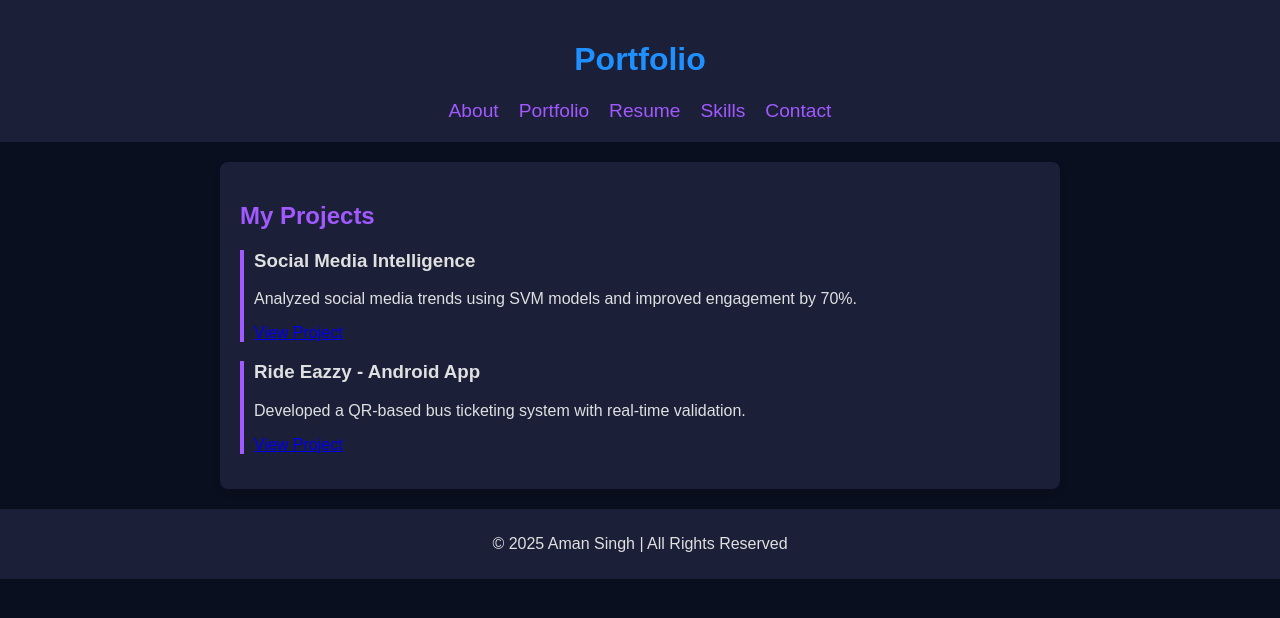
Repository: aman3singh/portfolio
Page: portfolio.html
An editor plug-in stored every save of this project. The page is shown before and after the next save, followed by the edit.
The browser window is 1280 px wide. The pictures show the whole page.

Above is the page before, as saved 2025-02-11 18:31:17.

### portfolio.html
<!DOCTYPE html>
<html lang="en">
<head>
    <meta charset="UTF-8">
    <meta name="viewport" content="width=device-width, initial-scale=1.0">
    <title>Aman Singh | Portfolio</title>
    <link rel="stylesheet" href="styles.css">
</head>
<body>
    <header>
        <h1>Portfolio</h1>
        <nav>
            <a href="index.html#about">About</a>
            <a href="portfolio.html" class="active">Portfolio</a>
            <a href="resume.html">Resume</a>
            <a href="index.html#skills">Skills</a>
            <a href="index.html#contact">Contact</a>
        </nav>
    </header>

    <section id="projects">
        <h2>My Projects</h2>
        <div class="project">
            <h3>Social Media Intelligence</h3>
            <p>Analyzed social media trends using SVM models and improved engagement by 70%.</p>
            <a href="https://github.com/your-username/social-media-intelligence" target="_blank">View Project</a>
        </div>
        <div class="project">
            <h3>Ride Eazzy - Android App</h3>
            <p>Developed a QR-based bus ticketing system with real-time validation.</p>
            <a href="https://github.com/your-username/ride-eazzy" target="_blank">View Project</a>
        </div>
    </section>

    <footer>
        <p>© 2025 Aman Singh | All Rights Reserved</p>
    </footer>
</body>
</html>

### styles.css
body {
    font-family: 'Arial', sans-serif;
    margin: 0;
    padding: 0;
    background-color: #0A0F1F;
    color: #E0E0E0;
}

header {
    background-color: #1B1F38;
    color: 	#1E90FF;
    text-align: center;
    padding: 20px;
}

nav {
    display: flex;
    justify-content: center;
    gap: 20px;
}

nav a {
    color: #A259FF;
    text-decoration: none;
    font-size: 1.2em;
    transition: color 0.3s;
}

nav a:hover {
    color: #00E5FF;
}

section {
    padding: 20px;
    margin: 20px auto;
    max-width: 800px;
    background: #1B1F38;
    box-shadow: 0px 4px 6px rgba(0, 0, 0, 0.1);
    border-radius: 8px;
}

h2 {
    color: #A259FF;
}

.project {
    border-left: 4px solid #A259FF;
    padding-left: 10px;
    margin-bottom: 15px;
}

.social-links {
    display: flex;
    justify-content: center;
    gap: 15px;
    font-size: 2rem;
}

.social-links a {
    color: #A259FF;
    transition: color 0.3s;
}

.social-links a:hover {
    color: #00E5FF;
}

footer {
    text-align: center;
    padding: 10px;
    background-color: #1B1F38;
    color: #E0E0E0;
}

After the next save:
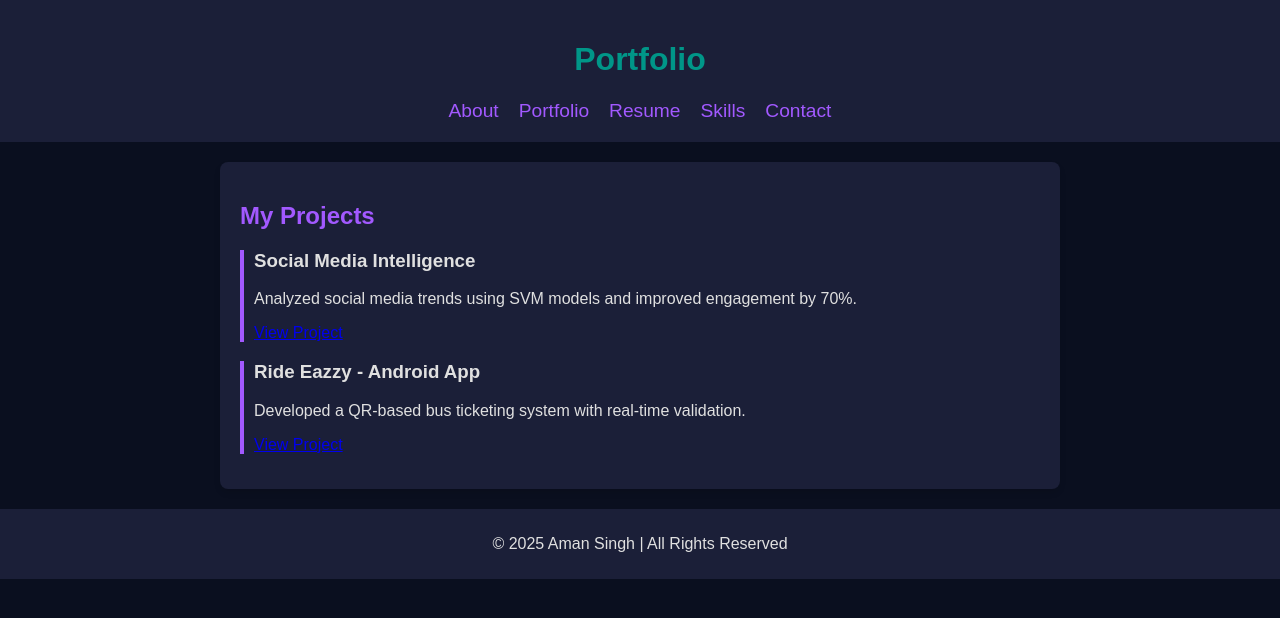
Saved 13 s later.
--- a/styles.css
+++ b/styles.css
@@ -8,7 +8,7 @@ body {
 
 header {
     background-color: #1B1F38;
-    color: 	#1E90FF;
+    color: 	#009688;
     text-align: center;
     padding: 20px;
 }
